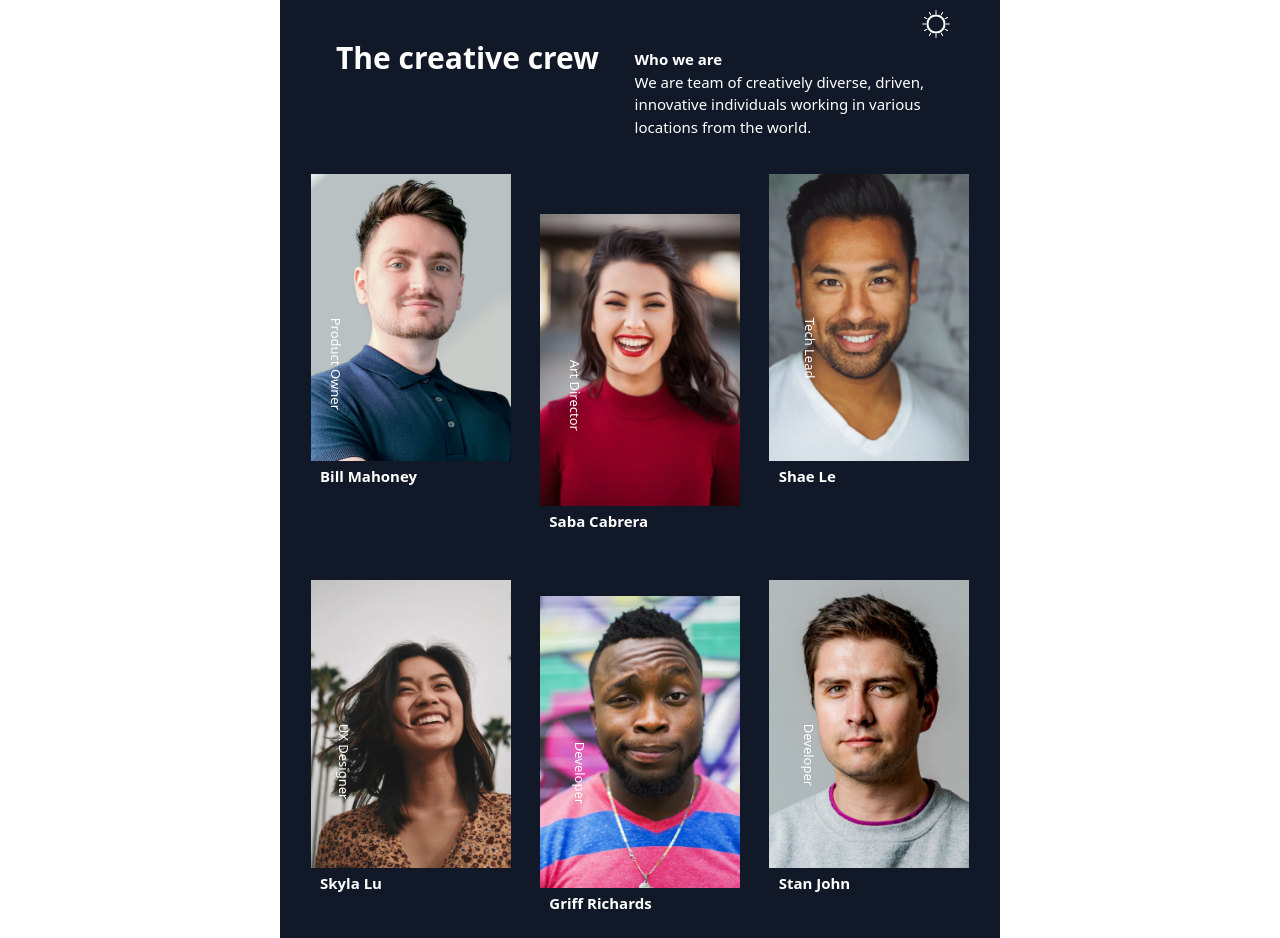
Repository: Alzate1075/Funval-G3-N2
Page: /
The author's editor kept a copy of each file at every save. The page is drawn from the files as they stood at one save, then again after the next save.
The browser window is 1280 px wide. The pictures show the whole page.
The project was rebuilt for these pictures with package versions that can differ from the ones it lists, and the page was loaded fresh each time. Also part of the build but not shown: vite.config.js.

Above is the page before, as saved 2025-07-03 11:21:43.

After the next save:
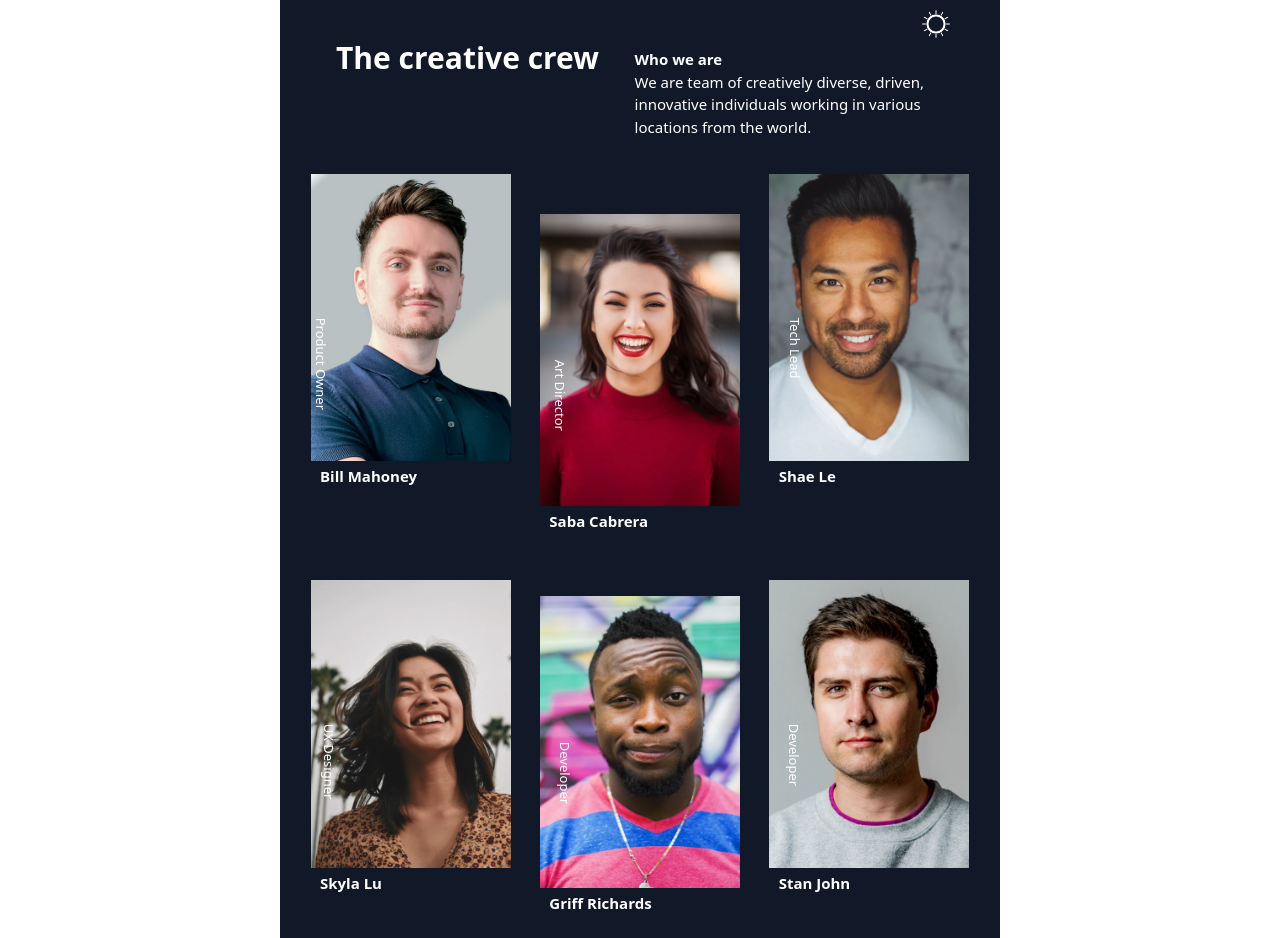
Saved 6 s later.
--- a/src/components/TeamCard.jsx
+++ b/src/components/TeamCard.jsx
@@ -4,7 +4,7 @@ export function TeamCard(props) {
     <div className={`${props.extraClass}`}>
       <div className="text-black md:text-white md:flex md:items-center md:justify-center gap-2 relative">
         <img src={props.image} alt={props.name} className="md:w-[200px] w-20" />
-        <span className="absolute pr-[60px] rotate-90 origin-left text-[10px] md:text-[13px]">
+        <span className="absolute pr-[90px] rotate-90 origin-left text-[10px] md:text-[13px]">
           {props.role}
         </span>
       </div>
